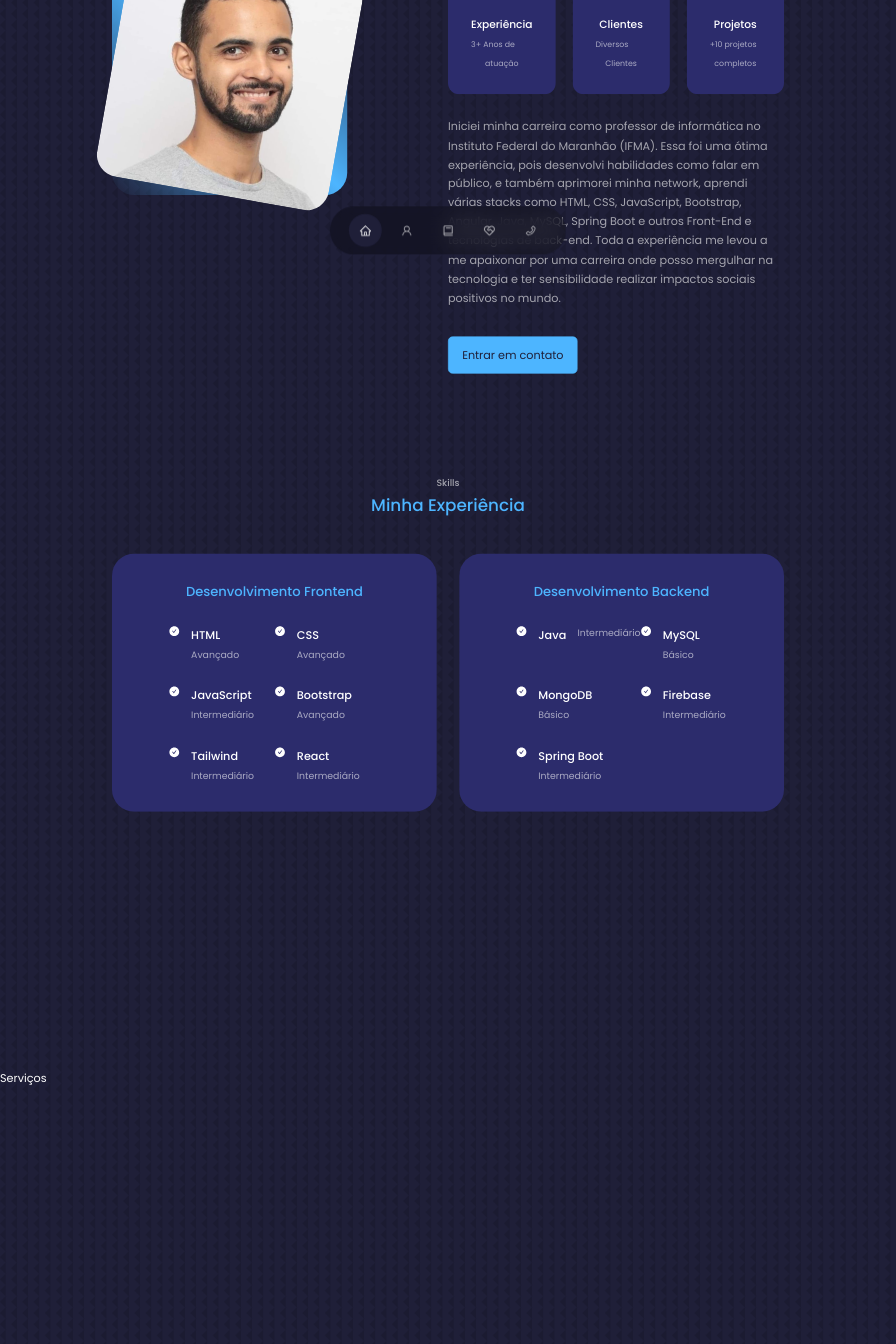
Repository: Mardoqueu/react-portfolio-website
Page: /
An editor plug-in stored every save of this project. The page is shown before and after a run of saves, followed by the edit.
The browser window is 1280 px wide. The pictures show the part of the page from y = 324 to 2244 px (the page is 5142 px tall), at 70% of full size.
The project was rebuilt for these pictures with package versions that can differ from the ones it lists, and the page was loaded fresh each time. Also part of the build but not shown: src/components/header/header.css, src/components/services/services.css, src/components/portfolio/portfolio.css, src/components/testimonials/testimonials.css, src/components/contact/contact.css, src/components/footer/footer.css.

Above is the page before, as saved 2022-10-23 10:22:34.

### src/index.js
import ReactDom from 'react-dom';
import App from './App';
import './index.css';

ReactDom.render(<App/>, document.querySelector("#root"));

### src/App.jsx
import React from 'react'
import Header from './components/header/Header'
import Nav from './components/nav/Nav'
import About from './components/about/About'
import Experience from './components/experience/Experience'
import Services from './components/services/Services'
import Portfolio from './components/portfolio/Portfolio'
import Testimonials from './components/testimonials/Testimonials'
import Contact from './components/contact/Contact'
import Footer from './components/footer/Footer'


export const App = () => {
  return (
    <>
        <Header/>
        <Nav/>
        <About/>
        <Experience/>
        <Services/>
        <Portfolio/>
        <Testimonials/>
        <Contact/>
        <Footer/>
    </>
  )
}

export default App

### src/index.css
@import url('https://fonts.googleapis.com/css2?family=Poppins:wght@300;400;500;600&display=swap');

* {
    margin: 0;
    padding: 0;
    border: 0;
    outline: 0;
    box-sizing: border-box;
    list-style: none;
    text-decoration: none;
}

:root{
    --color-bg: #1f1f38;
    --color-bg-variant: #2c2c6c;
    --color-primary: #4db5ff;
    --color-primary-variant: rgba(77, 181, 255, 0.4);
    --color-white: #fff;
    --color-light: rgba(255, 255, 255, 0.6);

    --transition: all 400ms ease;

    --container-width-lg: 75%;
    --container-width-md: 86%;
    --container-width-sm: 90%;
}

html{
    scroll-behavior: smooth;
}

::-webkit-scrollbar{
    display: none;
}

body {
    font-family: 'Poppins', sans-serif;
    background: var(--color-bg);
    color: var(--color-white);
    line-height: 1.7;
    background-image: url(../src/assets/bg-texture.png);
}

/* ============== General Styles ============== */
.container {
    width: var(--container-width-lg);
    margin: 0 auto;
}

h1,
h2,
h3,
h4,
h5 {
    font-weight: 500;
}

h1{
    font-size: 2.5rem;
}

section{
    margin-top: 8rem;
    height: 100vh;
}

section > h2, section > h5{
    text-align: center;
    color: var(--color-light);
}

section > h2 {
    color: var(--color-primary);
    margin-bottom: 3rem;
}

.text-light {
    color:var(--color-light);
}

a{
    color: var(--color-primary);
    transition: var(--transition);
}

a:hover{
    color: var(--color-white);
}

.btn{
    width: max-content;
    display: inline-block;
    color: var(--color-primary);
    padding: 0.75rem 1.2rem;
    border-radius: 0.4rem;
    cursor: pointer;
    border: 1px solid var(--color-primary);
    transition: var(--transition);
}

.btn:hover{
    background: var(--color-white);
    color: var(--color-bg);
    border-color: transparent;
}

.btn-primary{
    background: var(--color-primary);
    color: var(--color-bg);
}

img{
    display: block;
    width: 100%;
    justify-content: center;
    object-fit: cover;
}

/* ================ MEDIA QUERIES (MEDIUM DEVICES) ================ */
@media screen and (max-width: 1024px){
    .container{
        width: var(--container-width-md);
    }

    section {
        margin-top: 6rem;
    }
}

/* ================ MEDIA QUERIES (SMALL DEVICES) ================ */
@media screen and (max-width: 600px){
    .container{
        width: var(--container-width-sm);
    }

    section > h2 {
        margin-bottom: 2rem;
    }
}

### src/components/header/Header.jsx
import React from 'react'
import './header.css'
const header = () => {
  return (
    <div>header</div>
  )
}

export default header

### src/components/nav/Nav.jsx
import React from 'react'
import "./nav.css"
import {AiOutlineHome} from 'react-icons/ai'
import {AiOutlineUser} from 'react-icons/ai'
import {BiBook} from 'react-icons/bi'
import {RiServiceLine} from 'react-icons/ri'
import {AiOutlinePhone} from 'react-icons/ai'
import { useState } from 'react'

const Nav = () => {
  const [activeNav, setActiveNav] = useState('#');
  return (
    <nav>
      <a href="#" onClick={() => setActiveNav('#')} class={activeNav === '#' ? 'active' : ''}><AiOutlineHome/></a>
      <a href="#about" onClick={() => setActiveNav('#about')} class={activeNav === '#about' ? 'active' : ''}><AiOutlineUser/></a>
      <a href="#experience"  onClick={() => setActiveNav('#experience')} class={activeNav === '#experience' ? 'active' : ''}><BiBook/></a>
      <a href="#services" onClick={() => setActiveNav('#services')} class={activeNav === '#services' ? 'active' : ''}><RiServiceLine/></a>
      <a href="#contact" onClick={() => setActiveNav('#contact')} class={activeNav === '#contact' ? 'active' : ''}><AiOutlinePhone/></a>

    </nav>
  )
}

export default Nav

### src/components/about/About.jsx
import React from 'react'
import './about.css';
import ME from '../../assets/me-about.jpg'
import {FaAward} from 'react-icons/fa'
import {FiUsers} from 'react-icons/fi'
import {VscFolderLibrary} from 'react-icons/vsc'


const About = () => {
  return (
    <section id='about'>
      <h5>Venha me conhecer</h5>
      <h2>Sobre mim</h2>


      <div className='container about__container'>
        <div className='about__me'>
              <div className='about__me-image'>
                <img src={ME} alt="About"></img>
              </div>
          </div>

          <div className='about__content'>
              <div className='about__cards'>
                <article className='about__card'>
                  <FaAward className='about__icon'/>
                  <h5>Experiência</h5>
                  <small>3+ Anos de atuação</small>
                </article>

                <article className='about__card'>
                  <FiUsers className='about__icon'/>
                  <h5>Clientes</h5>
                  <small>Diversos Clientes</small>
                </article>

                <article className='about__card'>
                  <VscFolderLibrary className='about__icon'/>
                  <h5>Projetos</h5>
                  <small>+10 projetos completos</small>
                </article>
              </div>

              <p>
              Iniciei minha carreira como professor de informática no Instituto Federal do Maranhão (IFMA). Essa foi uma ótima experiência, pois desenvolvi habilidades como falar em público, e também aprimorei minha network, aprendi várias stacks como HTML, CSS, JavaScript, Bootstrap, Angular, Java, MySQL, Spring Boot e outros Front-End e tecnologias de back-end. Toda a experiência me levou a me apaixonar por uma carreira onde posso mergulhar na tecnologia e ter sensibilidade realizar impactos sociais positivos no mundo.
              </p>

              <a href='#contact' className='btn btn-primary'>Entrar em contato</a>
          </div>
      </div>
    </section>
  )
}

export default About

### src/components/experience/Experience.jsx
import React from 'react'
import './experience.css'
import {AiFillCheckCircle} from 'react-icons/ai'
const Experience = () => {
  return (
    <section id='experience'>
      <h5>Skills</h5>
      <h2>Minha Experiência</h2>

      <div className='container experience__container'>
          <div className='experience__frontend'>
            <h3>Desenvolvimento Frontend</h3>
            <div className='experience__content'>
              <article className='experience__details'>
                <AiFillCheckCircle/>
                <div>
                  <h4>HTML</h4>
                  <small className='text-light'>Avançado</small>
                </div>
              </article>
              <article className='experience__details'>
                <AiFillCheckCircle/>
                <div>
                  <h4>CSS</h4>
                  <small className='text-light'>Avançado</small>
                </div>
              </article>
              <article className='experience__details'>
                <AiFillCheckCircle/>
                <div>
                  <h4>JavaScript</h4>
                  <small className='text-light'>Intermediário</small>
                </div>
              </article>
              <article className='experience__details'>
                <AiFillCheckCircle/>
                <div>
                  <h4>Bootstrap</h4>
                  <small className='text-light'>Avançado</small>
                </div>
              </article>
              <article className='experience__details'>
                <AiFillCheckCircle/>
                <div>
                  <h4>Tailwind</h4>
                  <small className='text-light'>Intermediário</small>
                </div>
              </article>
              <article className='experience__details'>
                <AiFillCheckCircle/>
                <div>
                  <h4>React</h4>
                  <small className='text-light'>Intermediário</small>
                </div>
              </article>
            </div>
          </div>
          {/*End of Frontend*/}

          <div className='experience__backend'>
            <h3>Desenvolvimento Backend</h3>
            <div className='experience__content'>
              <article className='experience__details'>
                <AiFillCheckCircle/>

                <h4>Java</h4>
                <small className='text-light'>Intermediário</small>
              </article>
              <article className='experience__details'>
                <AiFillCheckCircle/>
                <div>
                  <h4>MySQL</h4>
                  <small className='text-light'>Básico</small>
                </div>
              </article>
              <article className='experience__details'>
                <AiFillCheckCircle/>
                <div>
                  <h4>MongoDB</h4>
                  <small className='text-light'>Básico</small>
                </div>
              </article>
              <article className='experience__details'>
                <AiFillCheckCircle/>
                <div>
                  <h4>Firebase</h4>
                  <small className='text-light'>Intermediário</small>
                </div>
              </article>
              <article className='experience__details'>
                <AiFillCheckCircle/>
                <div>
                  <h4>Spring Boot</h4>
                  <small className='text-light'>Intermediário</small>
                </div>
              </article>
            </div>
          </div>

        </div>
    </section>
  )
}

export default Experience

### src/components/services/Services.jsx
import React from 'react'
import './services.css'
const Services = () => {
  return (
    <section id='services'>Serviços</section>
  )
}

export default Services

### src/components/portfolio/Portfolio.jsx
import React from 'react'
import './portfolio.css'
const Portfolio = () => {
  return (
    <section id='portfolio'>Portifólio</section>
  )
}

export default Portfolio

### src/components/testimonials/Testimonials.jsx
import React from 'react'
import './testimonials.css'
const Testimonials = () => {
  return (
    <section id='testimonials'>Recomendações</section>
  )
}

export default Testimonials

### src/components/footer/Footer.jsx
import React from 'react'
import './footer.css';
const Nav = () => {
  return (
    <div>Footer</div>
  )
}

export default Nav

### src/components/nav/nav.css
nav{
    background: rgb(0, 0, 0, 0.3);
    width: max-content;
    display: block;
    padding: 0.7rem 1.7rem;
    z-index: 2;
    position: fixed;
    left: 50%;
    transform: translateX(-50%);
    bottom: 2rem;
    display: flex;
    gap: 0.8rem;
    border-radius: 3rem;
    backdrop-filter: blur(15px);
}

nav a {
    background: transparent;
    padding: 0.9rem;
    border-radius: 50%;
    display: flex;
    color: var(--color-light);
    font-size: 1.1rem;
}

nav a:hover{
    background: var(--color-light);
}

nav a.active {
    background: var(--color-bg);
    color: var(--color-white);
}

### src/components/about/about.css
.about__container{
    display: grid;
    grid-template-columns: 35% 50%;
    gap: 15%;
}

.about__me{
    width: 100%;
    aspect-ratio: 1/1;
    border-radius: 2rem;
    background: linear-gradient(
        45deg,
        transparent,
        var(--color-primary),
        transparent
    );
    display: grid;
    place-items: center;

}
.about__me-image{
    border-radius: 2rem;
    overflow: hidden;
    transform: rotate(10deg);
    transition: var(--transition);
}

.about__me-image:hover{
    transform: rotate(0deg);
}

.about__cards {
    display: grid;
    grid-template-columns: repeat(3, 1fr);
    gap: 1.5rem;
}

.about__card{
    background: var(--color-bg-variant);
    border: 1px solid transparent;
    border-radius: 1rem;
    padding: 2rem;
    text-align-last: center;
    transform: var(--transition);
}

.about__card:hover{
    background: transparent;
    border-color: var(--color-primary-variant);
    cursor: default;
}

.about__icon {
    color: var(--color-primary);
    font-size: 1.4rem;
    margin-bottom: 1rem;
}

.about__card h5 {
    font-size: 0.95rem;
}


.about__card small {
    font-size: 0.7rem;
    color: var(--color-light)
}

.about__content p{
    margin: 2rem 0 2.6rem;
    color: var(--color-light);
}

/* ================ MEDIA QUERIES (MEDIUM DEVICES) ================ */
@media screen and (max-width: 1024px){
    .about__container{
        grid-template-columns: 1fr;
        gap: 0;
    }

    .about__me{
        width: 50%;
        margin: 2rem auto 4rem;
    }

    .about__content p {
        margin: 1rem 0 1.5rem;
    }
}

/* ================ MEDIA QUERIES (SMALL DEVICES) ================ */
@media screen and (max-width: 600px){
    .about__me {
        width: 65%;
        margin: 0 auto 3rem;
    }

    .about__cards{
        grid-template-columns: 1fr 1fr;
        gap: 1rem;
    }

    .about__content{
        text-align: center;
    }

    .about__content p{
        margin: 1.5rem 0;
    }
}

### src/components/experience/experience.css
.experience__container{
    display: grid;
    grid-template-columns: 1fr 1fr;
    gap: 2rem;
}

.experience__container > div {
    background: var(--color-bg-variant);
    padding: 2.4rem 5rem;
    border-radius: 2rem;
    border: 1px solid transparent;
    transition: var(--transition);
}

.experience__container > div:hover{
    background: transparent;
    border-color: var(--color-primary-variant);
    cursor: default;
}

.experience__container > div h3{
    text-align: center;
    margin-bottom: 2rem;
    color: var(--color-primary);
}

.experience__content{
    display: grid;
    grid-template-columns: 1fr 1fr;
    row-gap: 2rem;
}

.experience__details {
    display: flex;
    gap: 1rem;

}

Loaded but not shown: public/index.html (common file); src/components/contact/Contact.jsx (common file); src/components/services/services.css (no copy from this time; the picture is the same without it)

After the next 4 saves:
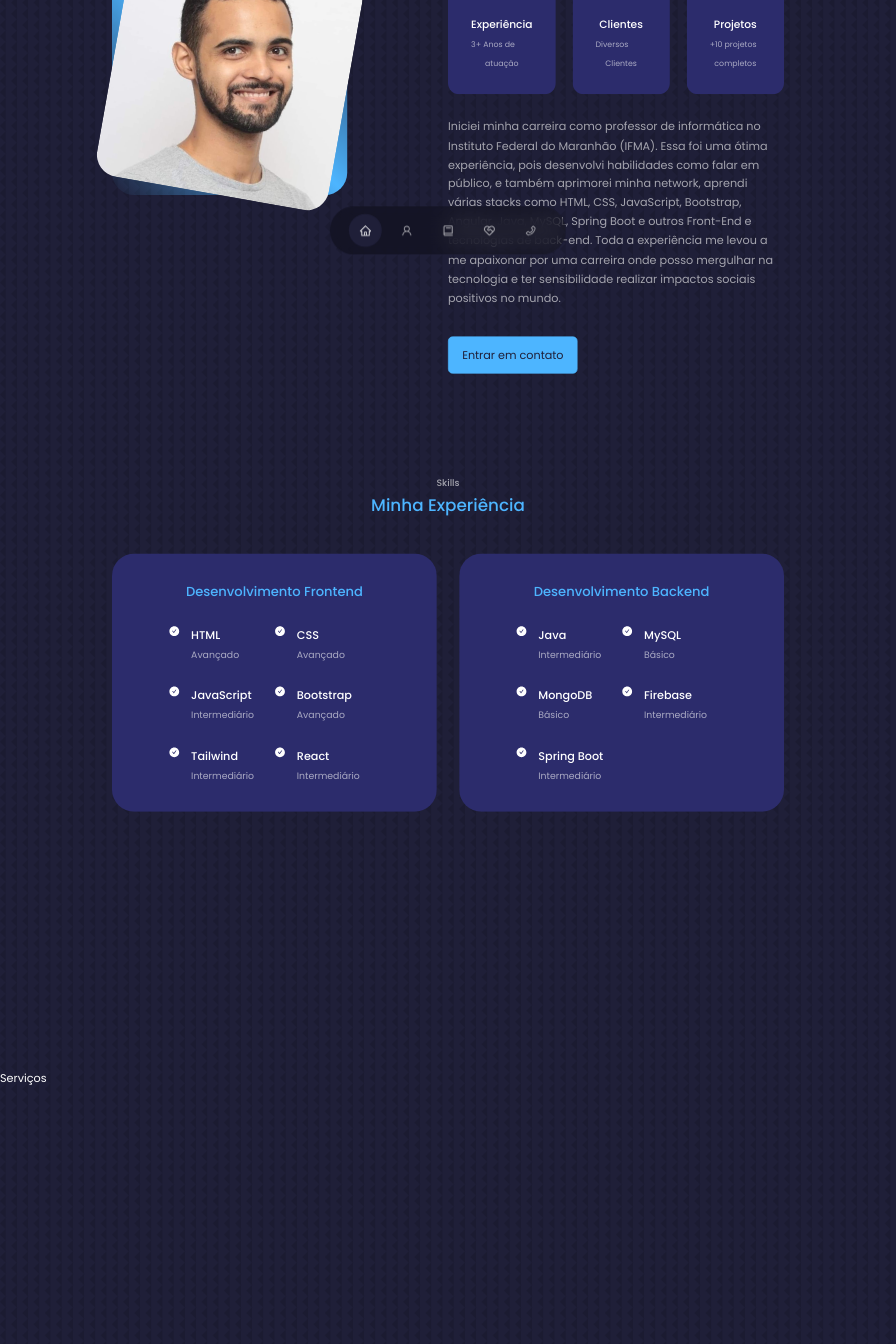
The 4 saves are shown as one change because they came seconds apart.
The last was saved 12 s later.
--- a/src/components/experience/Experience.jsx
+++ b/src/components/experience/Experience.jsx
@@ -62,9 +62,10 @@
             <div className='experience__content'>
               <article className='experience__details'>
                 <AiFillCheckCircle/>
-
-                <h4>Java</h4>
-                <small className='text-light'>Intermediário</small>
+                <div>
+                  <h4>Java</h4>
+                  <small className='text-light'>Intermediário</small>
+                </div>
               </article>
               <article className='experience__details'>
                 <AiFillCheckCircle/>
